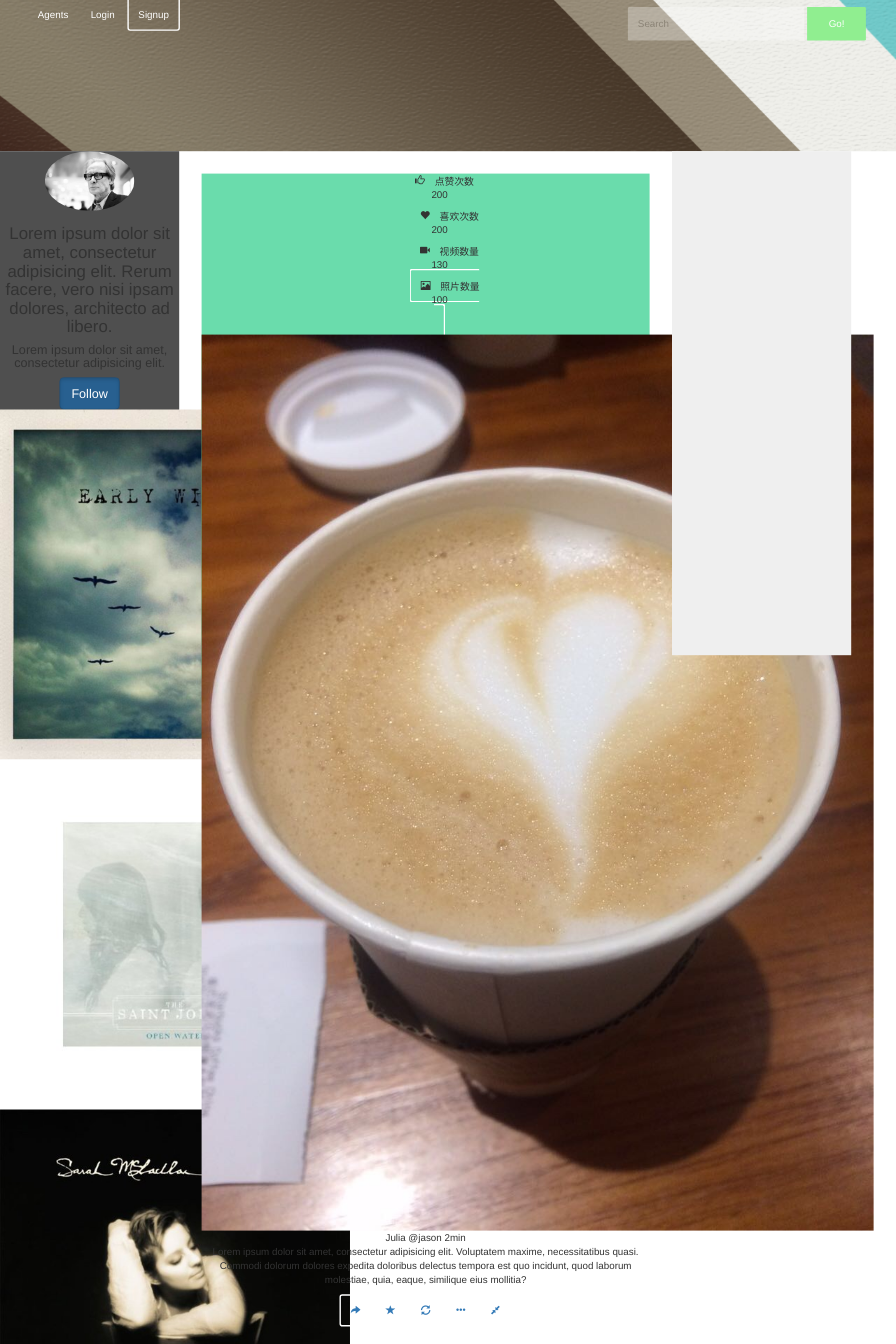
Repository: JasonBour/Beautypedia
Page: http://localhost/profile.php
An editor plug-in stored every save of this project. The page is shown before and after the next save, followed by the edit.
The browser window is 1280 px wide. The pictures show the part of the page from y = 0 to 1920 px (the page is 4585 px tall), at 70% of full size.
The page is run by PHP 8.4 with error messages shown; the project is at /var/www/html/.

Above is the page before, as saved 2015-09-16 12:56:28.

### Beautypedia/profile.php
<?php



?>

<html>

<head>
<!-- personal page-->
<title></title>
<meta charset="utf-8">
<link rel="stylesheet" type="text/css" href="./css/profile.css">
 <link rel="stylesheet" type="text/css" href="./css/bootstrap.min.css">
</head>

<body >
<div class="head" style="background: url('images/image_head.png');">
<section style="display:inline;float:left;">
  <header>
   <ul style="color: white">
    <li  class="header" style="list-style-type: none;display:inline;">Agents</li>
    <li class="header" style="list-style-type: none;display:inline;">Login</li>
    <li class="header" style="list-style-type: none;display:inline;">Signup</li>
   </ul>
  </header>


</section>


<form action="" style="display:inline;float:left;"><input type="text" placeholder="Search" class="search">
<input type="button" class="go" value="Go!" style="color: white">
</form>

</div>


<div class="left-profile">

<img alt="" src="./images/head.jpg" class="img-circle head" style="width: 50%;height: auto"><!-- headimage circle -->


<!-- text here -->
<h3>Lorem ipsum dolor sit amet, consectetur adipisicing elit. Rerum facere, vero nisi ipsam dolores, architecto ad libero.  </h3>
<h4>Lorem ipsum dolor sit amet, consectetur adipisicing elit.</h4>

<a href="#" class="btn btn-primary btn-lg active follow" role="button">Follow</a>

<div class="image-display">
	<p class="image_contain">
		<img src="images/808141046465970.jpg_500x500xundefined.jpg" class="image-display">
	     <img src="images/1274333976681636.jpg_500x500xundefined.jpg" class="image-display">
	     <img src="images/2540971371971260.jpg_500x500xundefined.jpg" class="image-display">
	</p>
    <p class="image_contain">
    	<img src="images/3234763209241135.jpg_500x500xundefined.jpg" class="image-display">
    	<img src="images/6619063297746674624.jpg" class="image-display">
    	<img src="images/6630305804141019376.jpg" class="image-display">
    </p>
    <p class="image_contain">
    	<img src="images/6630309102676568298.jpg" class="image-display">
    	<img src="images/6630750006839844164.jpg" class="image-display">
    	<img src="images/jason.jpg" class="image-display">
    </p>
</div>



</div>


<div class="center-news">

<div class="head-info">
<section class="number">
	<ul>
		<li class="item">
			<span class="glyphicon glyphicon-thumbs-up" aria-hidden="true" >
             <font style="font-family:'Open Sans', Helvetica, Arial, sans-serif;">点赞次数</font>
             </span>
             <p>
             	200
             </p>

		</li>


		 <li class="item">
		 	<span class="glyphicon glyphicon-heart" aria-hidden="true" >
             <font style="font-family:'Open Sans', Helvetica, Arial, sans-serif;">喜欢次数</font>
             </span>
             <p>
             	200
             </p>
		 </li >

        <li class="item">
		 	<span class="glyphicon glyphicon-facetime-video" aria-hidden="true" >
             <font style="font-family:'Open Sans', Helvetica, Arial, sans-serif;">视频数量</font>
             </span>
             <p>
             	130
             </p>
		 </li >

		  <li class="item">
		 	<span class="glyphicon glyphicon-picture" aria-hidden="true" >
             <font style="font-family:'Open Sans', Helvetica, Arial, sans-serif;">照片数量</font>
             </span>
             <p>
             	100
             </p>
		 </li >




	</ul>
</section>


</div> <!-- this is the lastest news number for users  -->
<div class="divide">

</div>
<div class="real-content">

<article class="post">
	<img src="images/avator.jpg" class="avator">
    <section class="content">
     <header class="span">
     	<span class="name">Julia</span>
        <span class="account">@jason </span>
        <span class="time"> 2min</span>
     </header>
     <p class="tweet">Lorem ipsum dolor sit amet, consectetur adipisicing elit. Voluptatem maxime, necessitatibus quasi. Commodi dolorum dolores expedita doloribus delectus tempora est quo incidunt, quod laborum molestiae, quia, eaque, similique eius mollitia?</p>
  <footer>
  	<nav>
  		<a href="" class="icon"><li class="glyphicon glyphicon-share-alt"></li></a>
        <a href="" class="icon"><li class="glyphicon glyphicon-star"> </li></a>
        <a href="" class="icon"><li class="glyphicon glyphicon-refresh"></li></a>
  	    <a href="" class="icon"><li class="glyphicon glyphicon-option-horizontal"></li></a>
  	    <a href="" class="icon"><li class="glyphicon glyphicon-resize-small"></li></a>
  	</nav>

  </footer>

    </section>
</article>



</div>
</div>


<div class="news"></div>


</body>

</html>

### Beautypedia/css/profile.css
@CHARSET "UTF-8";
body{
	font-family:lucida console, sans-serif;
	font-size:52.5%;
	text-align:center;

}


div.head{
	padding-top:10px;
	height:30%;
	width:100%;
    float:left;

}

form{
    margin-left:50%;
	padding:2em 0 43m 0;

}
input.search{
	padding:1em;
	border:0;
	width:18em;
	border-radius:2px 0 0 2px;
	opacity:.3;
}
input.go{

	padding:1em;
	border:0;
	width:6em;
	border-radius:0 2px  2px 0 ;
	background-color:lightgreen;
}



div.left-profile{
  float:left;
	display:inline;
	width:20%;
   background-color:#4f4f4f;
	height:100%;
    margin-right :2.5%;
}

div.center-news{
	margin:2.5% 2.5% 2.5% 0;
	float:left;
    display:inline;
    width:50%;
    background-color:#6adcac;
	height:100%;
}

div.news{
	float:left;
  width:20%;
	height:100%;
	background-color:#efefef;
}



header{
	ul{
	float:left;

     }




}
li{
      display:inline;!unless
	  float:left;!unless
	  margin:0.5em 1em;
	  padding:1em;

      }

 li:last-child{
	border: 2px solid #FFFFFF;
 	border-radius:4px 4px 4px 4px;
 }

h3{
	font-size:2em;
}

Loaded but not shown: Beautypedia/css/bootstrap.min.css (library)

After the next save:
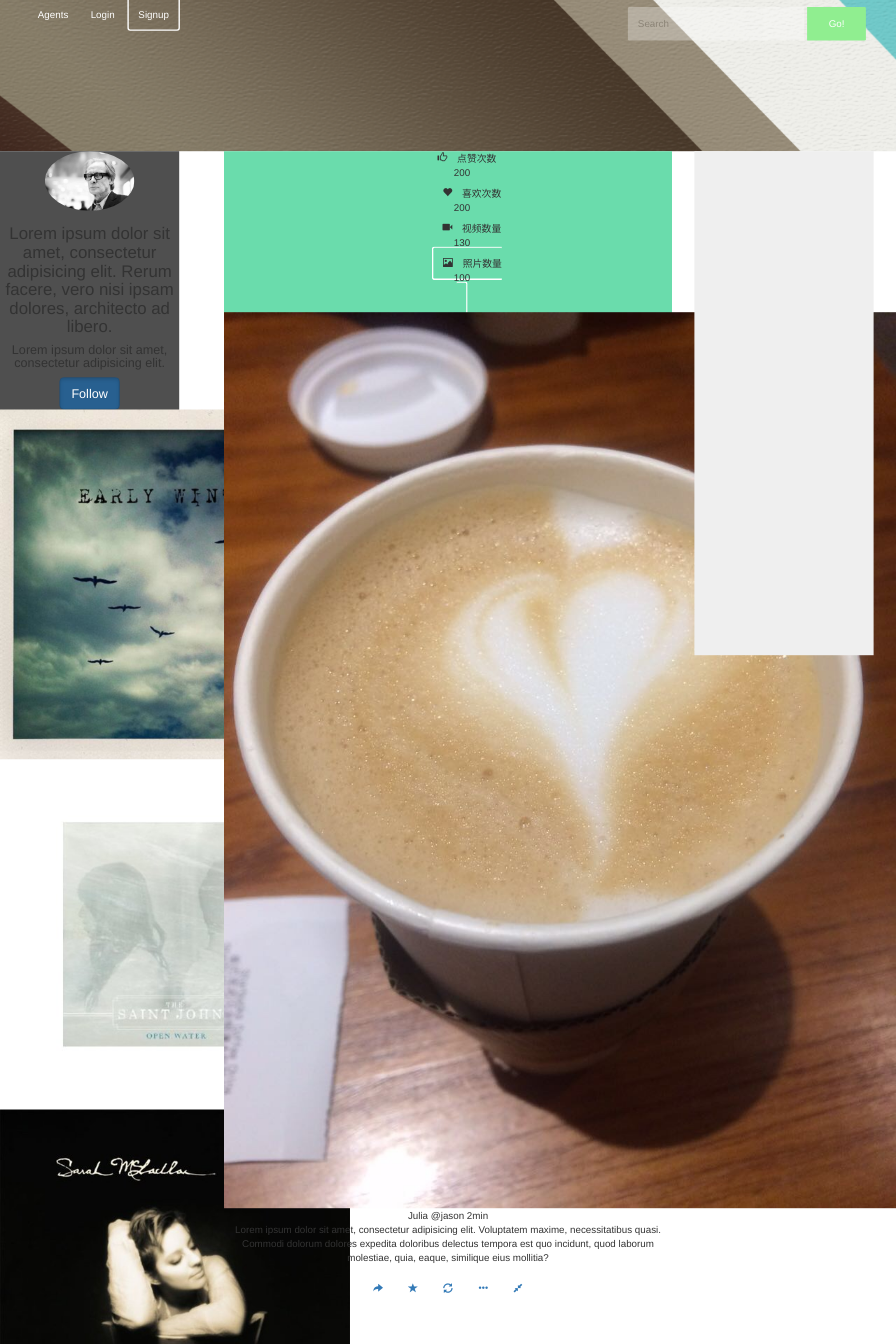
Saved 26 s later.
--- a/Beautypedia/css/profile.css
+++ b/Beautypedia/css/profile.css
@@ -44,11 +44,11 @@ div.left-profile{
 	width:20%;
    background-color:#4f4f4f;
 	height:100%;
-    margin-right :2.5%;
+    margin-right :5%;
 }
 
 div.center-news{
-	margin:2.5% 2.5% 2.5% 0;
+	margin:0  2.5% 5% 0;
 	float:left;
     display:inline;
     width:50%;
